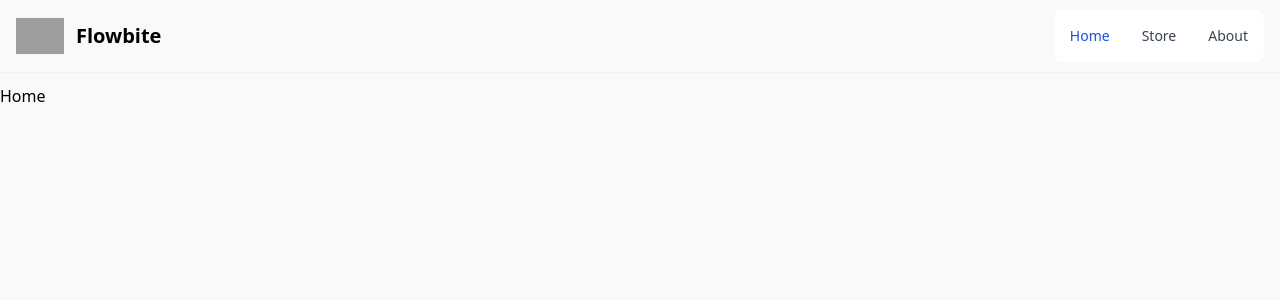
Repository: ducanhaep/react-ts-shopping-cart
Page: /
An editor plug-in stored every save of this project. The page is shown before and after the next save, followed by the edit.
The browser window is 1280 px wide. The pictures show the whole page.
Pictures or frames that could not be fetched are drawn as grey boxes. The project was rebuilt for these pictures with package versions that can differ from the ones it lists, and the page was loaded fresh each time. Also part of the build but not shown: vite.config.ts, src/pages/About.js, src/pages/Store.js.

Above is the page before, as saved 2023-01-11 18:23:43.

After the next save:
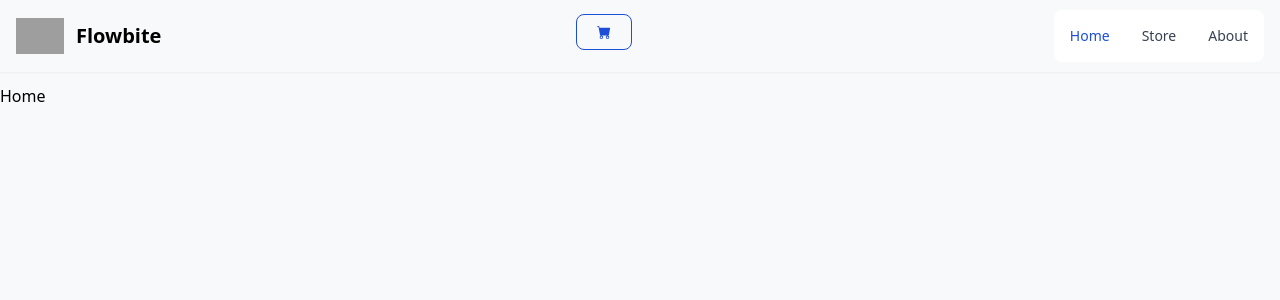
Saved 39 s later.
--- a/src/components/Navbar.tsx
+++ b/src/components/Navbar.tsx
@@ -19,9 +19,10 @@ export function Navbar() {
           <button
             data-collapse-toggle="navbar-default"
             type="button"
-            className="inline-flex items-center p-2 ml-3 text-sm text-gray-500 rounded-lg md:hidden hover:bg-gray-100 focus:outline-none focus:ring-2 focus:ring-gray-200 dark:text-gray-400 dark:hover:bg-gray-700 dark:focus:ring-gray-600"
+            // className="inline-flex items-center p-2 ml-3 text-sm text-gray-500 rounded-lg md:hidden hover:bg-gray-100 focus:outline-none focus:ring-2 focus:ring-gray-200 dark:text-gray-400 dark:hover:bg-gray-700 dark:focus:ring-gray-600"
             aria-controls="navbar-default"
             aria-expanded="false"
+            className="text-blue-700 hover:text-white border border-blue-700 hover:bg-blue-800 focus:ring-4 focus:outline-none focus:ring-blue-300 font-medium rounded-lg text-sm px-5 py-2.5 text-center mr-2 mb-2 dark:border-blue-500 dark:text-blue-500 dark:hover:text-white dark:hover:bg-blue-600 dark:focus:ring-blue-800"
           >
             {/* <span className="sr-only">Open main menu</span>
             <svg
